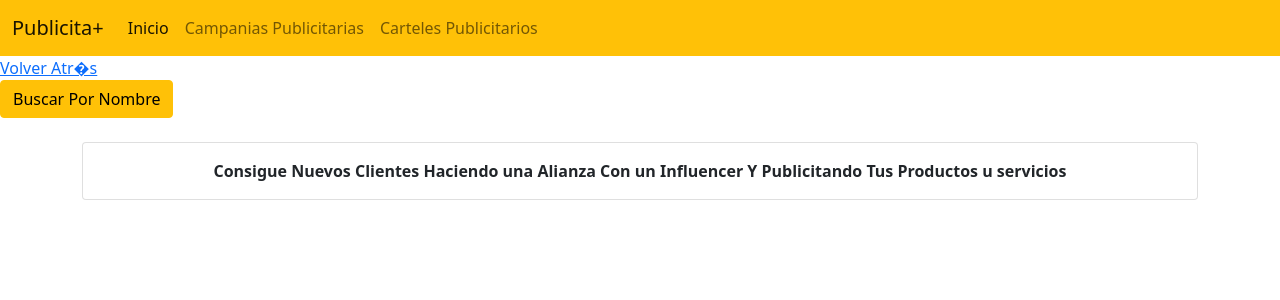
Repository: programador23/PublicitaMasWebVersionFinal
Page: http://localhost/listapublicidadgeneral
The author's editor kept a copy of each file at every save. The page is drawn from the files as they stood at one save, then again after the next save.
The browser window is 1280 px wide. The pictures show the whole page.
The page is this project's Thymeleaf template; nobody is signed in. The template is opened directly, without the code that normally fills it, so the values that code supplies are empty.

Above is the page before, as saved 2021-07-06 01:00:56.

After the next save:
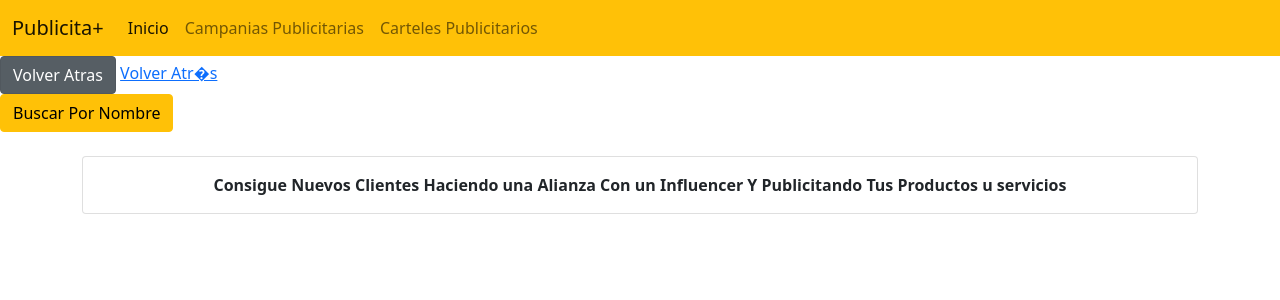
Saved 5 min 54 s later.
--- a/PublicitaMasWeb-master/src/main/resources/templates/listapublicidadgeneral.html
+++ b/PublicitaMasWeb-master/src/main/resources/templates/listapublicidadgeneral.html
@@ -35,6 +35,10 @@
 </header>
 
 <body>
+<div class="btn-group">
+  <a href="javascript:history.back()" class="btn btn-secondary active" aria-current="page">Volver Atras</a>
+</div>
+
 <a href="javascript:history.back()"> Volver Atrás</a>
 <br>
 <a th:href="@{/listanombre}"Class="btn btn-warning">Buscar Por Nombre</a>
